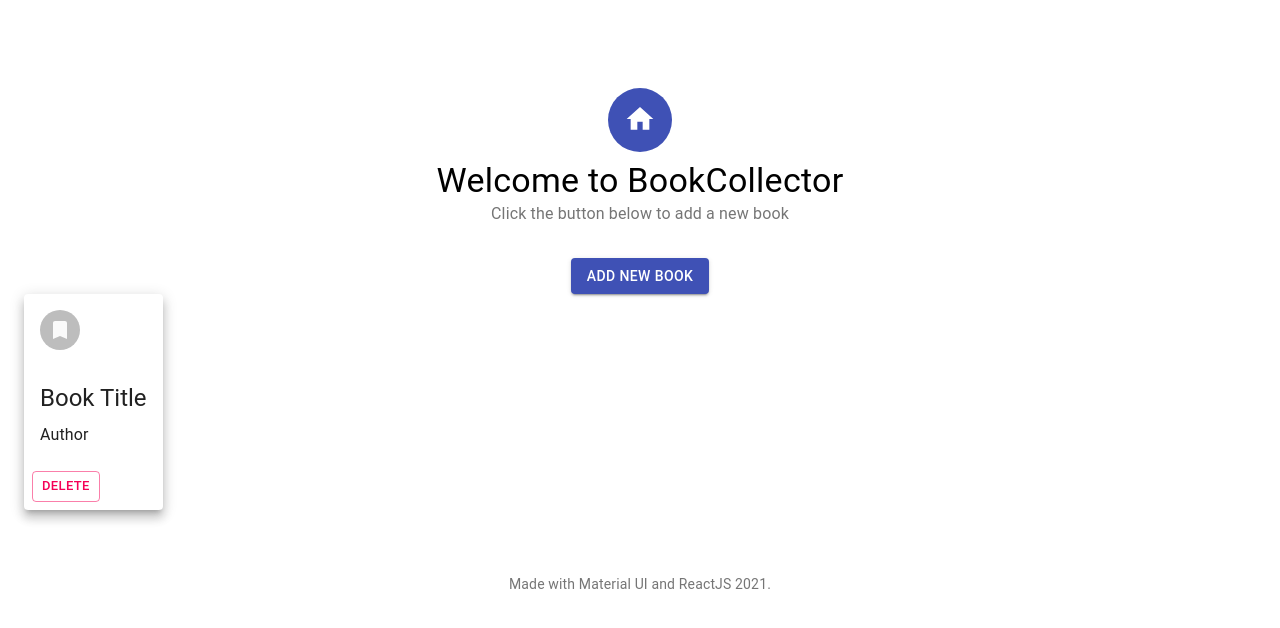
Repository: Colo-Codes/mini-project-react-book-collector
Page: /
An editor plug-in stored every save of this project. The page is shown before and after the next save, followed by the edit.
The browser window is 1280 px wide. The pictures show the whole page.
The project was rebuilt for these pictures with package versions that can differ from the ones it lists, and the page was loaded fresh each time. Also part of the build but not shown: src/Books/AddBookForm.js.

Above is the page before, as saved 2021-08-25 09:34:00.

After the next save:
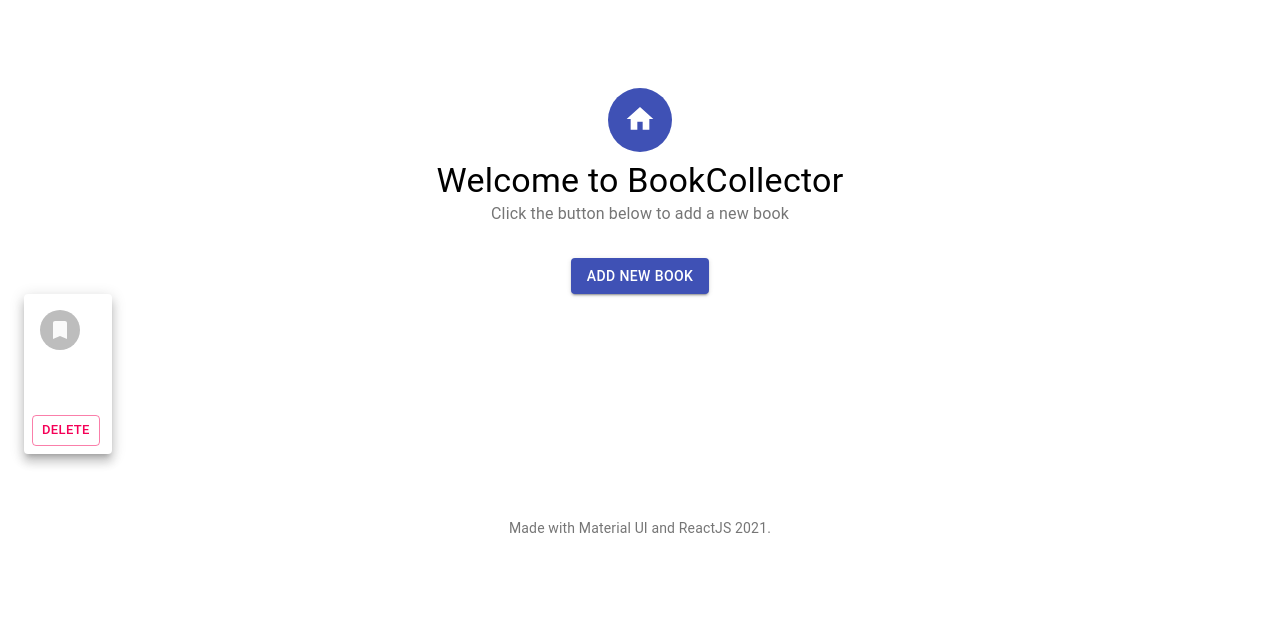
Saved 116 s later.
--- a/src/Books/BooksGridItem.js
+++ b/src/Books/BooksGridItem.js
@@ -10,10 +10,10 @@ const BooksGridItem = props => {
                 </CardHeader>
                 <CardContent>
                     <Typography gutterBottom variant="h5" component="h2">
-                        Book Title
+                        {props.title}
                     </Typography>
                     <Typography variant="body1">
-                        Author
+                        {props.author}
                     </Typography>
                 </CardContent>
                 <CardActions>
